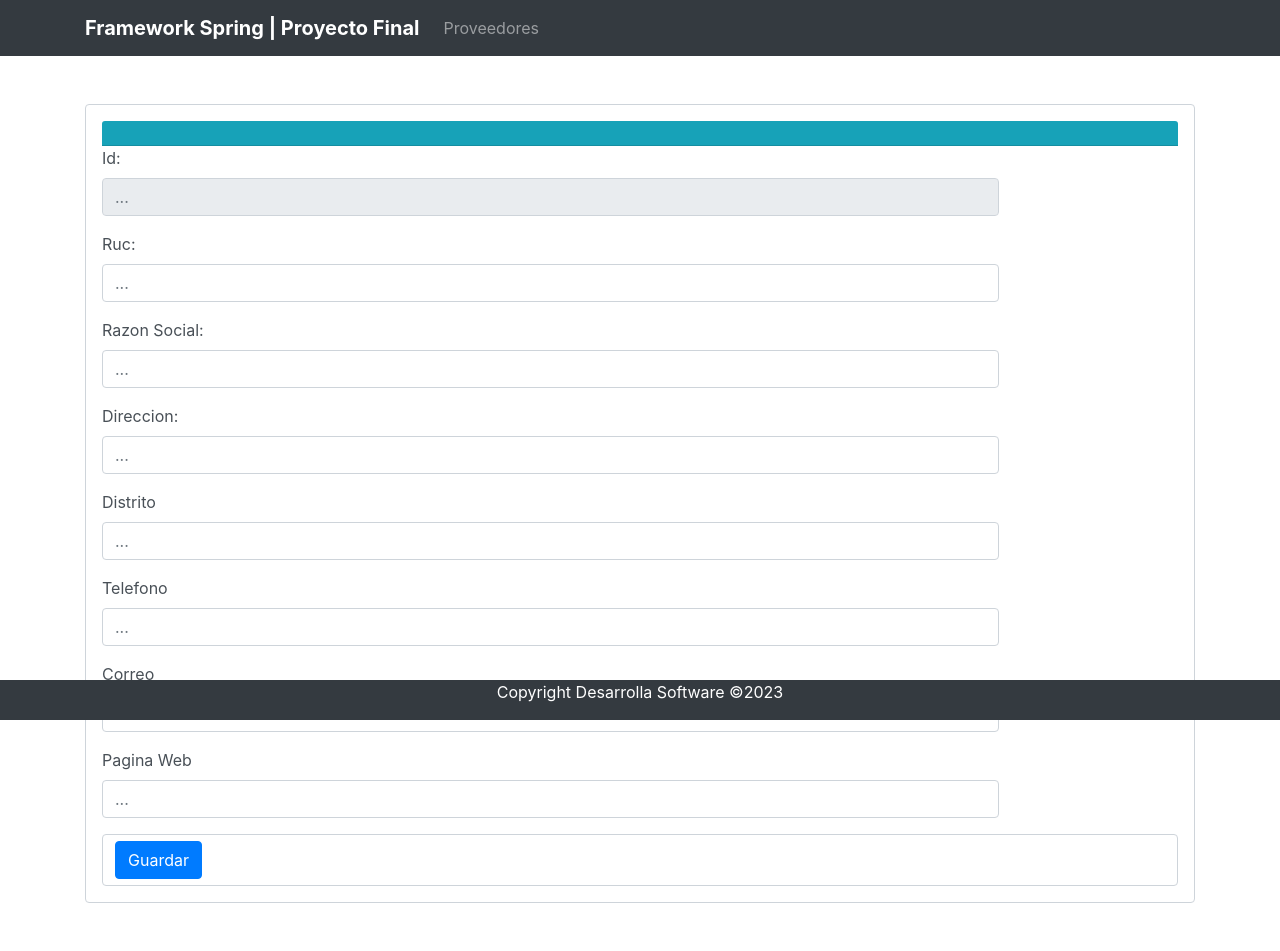
Repository: jeanyantas/proyecto-final-spring
Page: http://localhost/frmEditar
These files come from the project's save history. The page is drawn as it stood at one moment and after the next save; the edit follows.
The browser window is 1280 px wide. The pictures show the whole page.
The page is this project's Thymeleaf template; nobody is signed in. The template is opened directly, without the code that normally fills it, so the values that code supplies are empty.

Above is the page before, as saved 2023-01-15 21:26:08.

### moduloProveedor/src/main/resources/templates/frmEditar.html
<!DOCTYPE html>
<html xmlns:th="http://www.thymeleaf.org">
	<head th:replace="plantilla/plantilla :: head"></head>
	<body>
		<header th:replace="plantilla/plantilla :: header"></header>
		<div class="container mt-2">
			<form th:action="@{/grabar}" th:object="${proveedor}" method="post" class="form-control p-3 my-5">
					<div class="card-header bg-info text-white" th:text="${titulo}"></div>
					<div class="form-floating mb-3">
						<label for="id">Id:</label>
						<input type="text" readonly th:field="*{id}" class="form-control col-md-10" id="id" placeholder="...">
					</div>
					<div class="form-floating mb-3">
						<label for="ruc">Ruc:</label>
						<input type="text" th:field="*{ruc}" class="form-control col-md-10" id="ruc" placeholder="...">
					</div>
					<div class="form-floating mb-3">
						<label for="razonSocial">Razon Social:</label>
						<input type="text" th:field="*{razonsocial}" class="form-control col-md-10" id="razonSocial" placeholder="...">
					</div>
					<div class="form-floating mb-3">
						<label for="direccion">Direccion:</label>
						<input type="text" th:field="*{direccion}" class="form-control col-md-10" id="direccion" placeholder="...">
					</div>
					<div class="form-floating mb-3">
						<label for="distrito">Distrito</label>
						<input type="text" th:field="*{distrito}" class="form-control col-md-10" id="distrito" placeholder="...">
					</div>
					<div class="form-floating mb-3">
						<label for="telefono">Telefono</label>
						<input type="text" th:field="*{telefono}" class="form-control col-md-10" id="telefono" placeholder="...">
					</div>
					<div class="form-floating mb-3">
						<label for="correo">Correo</label>
						<input type="text" th:field="*{correo}" class="form-control col-md-10" id="correo" placeholder="...">
					</div>
					<div class="form-floating mb-3">
						<label for="paginaWeb">Pagina Web</label>
						<input type="text" th:field="*{paginaweb}" class="form-control col-md-10" id="paginaWeb" placeholder="...">
					</div>
				<div class="form-control">
					<input type="submit" class="btn btn-primary" value="Guardar">
				</div>
			</form>
		</div>
		<footer th:replace="plantilla/plantilla :: footer"></footer>
	</body>
</html>

### moduloProveedor/src/main/resources/templates/plantilla/plantilla.html
<!DOCTYPE html>
<html xmlns:th="http://www.thymeleaf.org">
	<head th:fragment="head">
		<meta charset="UTF-8">
		<!-- Bootstrap CSS -->
		<link rel="stylesheet" th:href="@{/css/bootstrap.min.css}">
		<title>Modulo Proveedores</title>
	</head>
	<body>
		<!-- Barra de navegación -->
		<header th:fragment="header">
			<nav class="navbar navbar-expand-lg navbar-dark bg-dark">
				<div class="container">
					<a class="navbar-brand" href="#"> <strong>Framework Spring | Proyecto Final</strong></a>
					<button class="navbar-toggler" type="button" data-toggle="collapse" data-target="#navbarSupportedContent" aria-controls="navbarSupportedContent" aria-expanded="false" aria-label="Toggle navigation">
						<span class="navbar-toggler-icon"></span>
					</button>

					<!-- ENLACES DEL MENU -->
					<div class="collapse navbar-collapse" id="navbarSupportedContent">
						<ul class="navbar-nav mr-auto">
							<li class="nav-item"><a class="nav-link" th:href="@{/listado}">Proveedores</a></li>
						</ul>
					</div>
				</div>
			</nav>
		</header>

		<!-- Contenido -->
		<div class="container"></div>

		<!-- Pie de pagina -->
		<footer th:fragment="footer" class="bg-dark text-center text-white fixed-bottom">
			<div class="container">
				<p>Copyright Desarrolla Software &copy;2023</p>
			</div>
		</footer>

		<script type="text/javascript" th:src="@{/js/jquery-3.5.1.slim.min.js}"></script>
		<script type="text/javascript" th:src="@{/js/popper.min.js}"></script>
		<script type="text/javascript" th:src="@{/js/bootstrap.min.js}"></script>
	</body>
</html>

Loaded but not shown: moduloProveedor/src/main/resources/static/css/bootstrap.min.css (library)

After the next save:
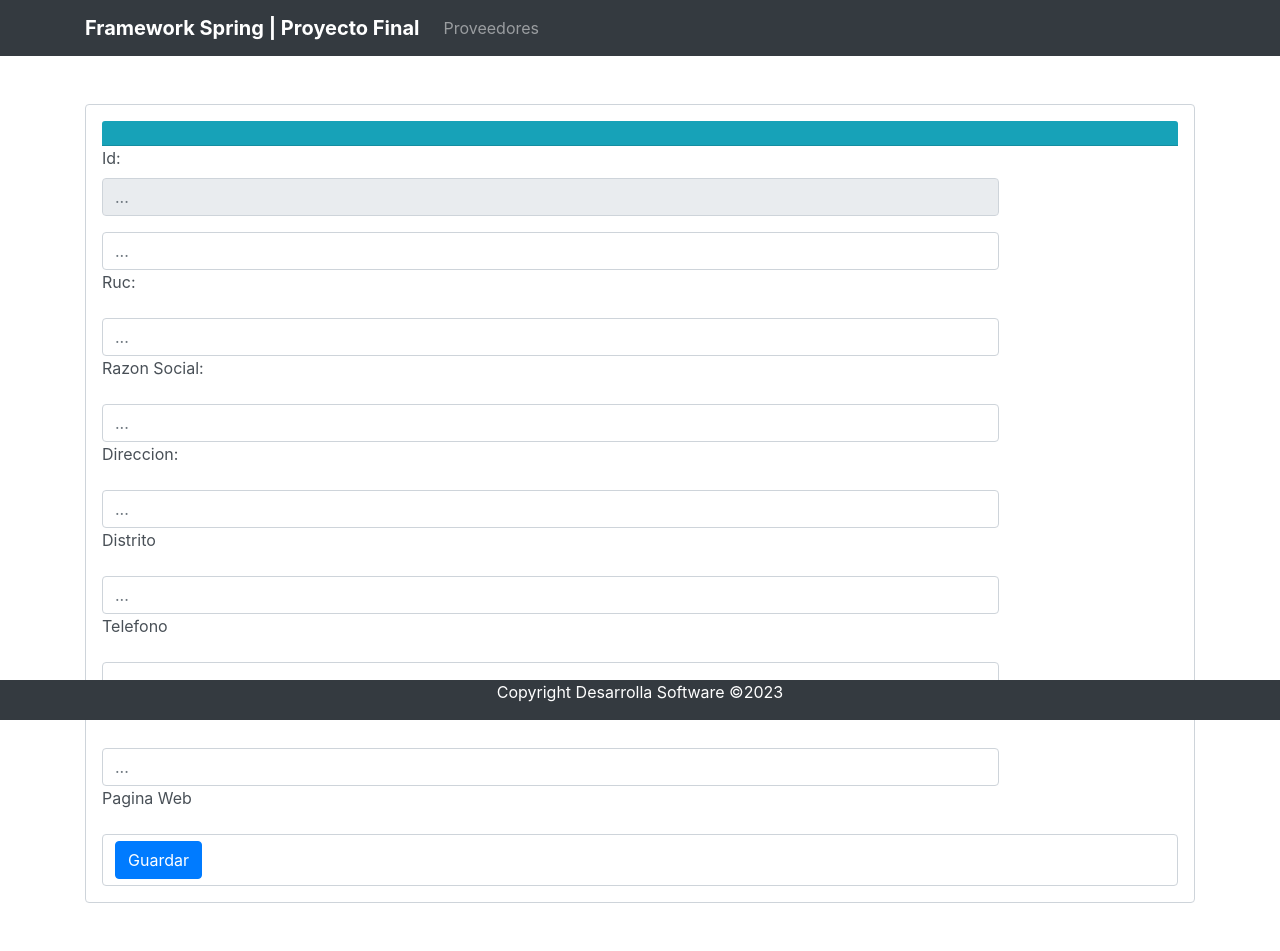
Saved 86 s later.
--- a/moduloProveedor/src/main/resources/templates/frmEditar.html
+++ b/moduloProveedor/src/main/resources/templates/frmEditar.html
@@ -11,32 +11,32 @@
 						<input type="text" readonly th:field="*{id}" class="form-control col-md-10" id="id" placeholder="...">
 					</div>
 					<div class="form-floating mb-3">
+						<input type="text" th:field="*{ruc}" class="form-control col-md-10" id="ruc" placeholder="...">
 						<label for="ruc">Ruc:</label>
-						<input type="text" th:field="*{ruc}" class="form-control col-md-10" id="ruc" placeholder="...">
 					</div>
 					<div class="form-floating mb-3">
+						<input type="text" th:field="*{razonsocial}" class="form-control col-md-10" id="razonSocial" placeholder="...">
 						<label for="razonSocial">Razon Social:</label>
-						<input type="text" th:field="*{razonsocial}" class="form-control col-md-10" id="razonSocial" placeholder="...">
 					</div>
 					<div class="form-floating mb-3">
+						<input type="text" th:field="*{direccion}" class="form-control col-md-10" id="direccion" placeholder="...">
 						<label for="direccion">Direccion:</label>
-						<input type="text" th:field="*{direccion}" class="form-control col-md-10" id="direccion" placeholder="...">
 					</div>
 					<div class="form-floating mb-3">
+						<input type="text" th:field="*{distrito}" class="form-control col-md-10" id="distrito" placeholder="...">
 						<label for="distrito">Distrito</label>
-						<input type="text" th:field="*{distrito}" class="form-control col-md-10" id="distrito" placeholder="...">
 					</div>
 					<div class="form-floating mb-3">
+						<input type="text" th:field="*{telefono}" class="form-control col-md-10" id="telefono" placeholder="...">
 						<label for="telefono">Telefono</label>
-						<input type="text" th:field="*{telefono}" class="form-control col-md-10" id="telefono" placeholder="...">
 					</div>
 					<div class="form-floating mb-3">
+						<input type="text" th:field="*{correo}" class="form-control col-md-10" id="correo" placeholder="...">
 						<label for="correo">Correo</label>
-						<input type="text" th:field="*{correo}" class="form-control col-md-10" id="correo" placeholder="...">
 					</div>
 					<div class="form-floating mb-3">
+						<input type="text" th:field="*{paginaweb}" class="form-control col-md-10" id="paginaWeb" placeholder="...">
 						<label for="paginaWeb">Pagina Web</label>
-						<input type="text" th:field="*{paginaweb}" class="form-control col-md-10" id="paginaWeb" placeholder="...">
 					</div>
 				<div class="form-control">
 					<input type="submit" class="btn btn-primary" value="Guardar">
